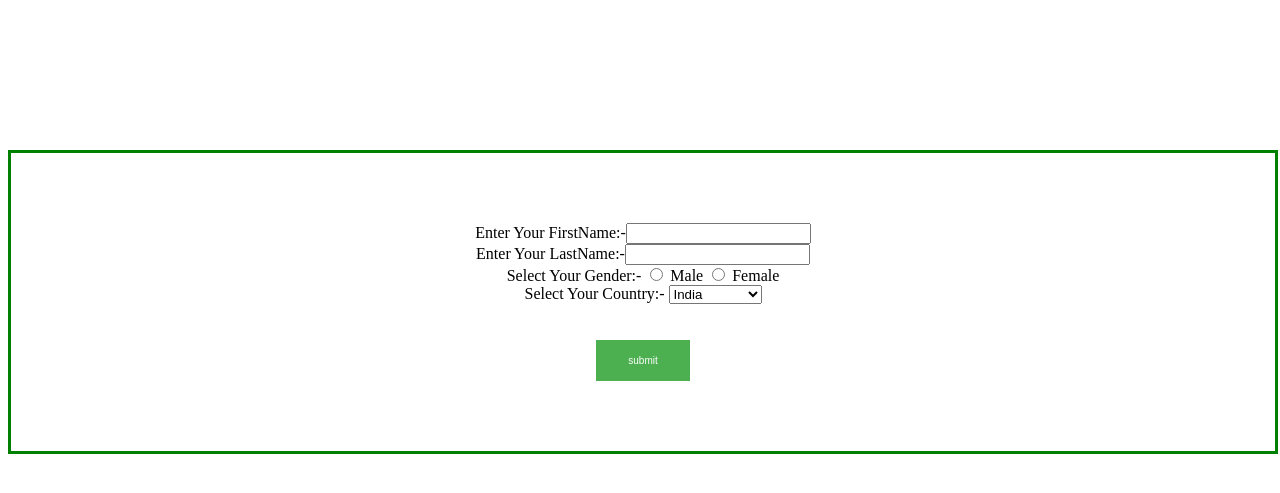
Repository: ErNitesh-d/java-program
Page: JAVA PROJECTS/ASSIGNMMENT_2/WebContent/index.html
An editor plug-in stored every save of this project. The page is shown before and after the next save, followed by the edit.
The browser window is 1280 px wide. The pictures show the whole page.

Above is the page before, as saved 2022-09-03 15:10:51.

After the next save:
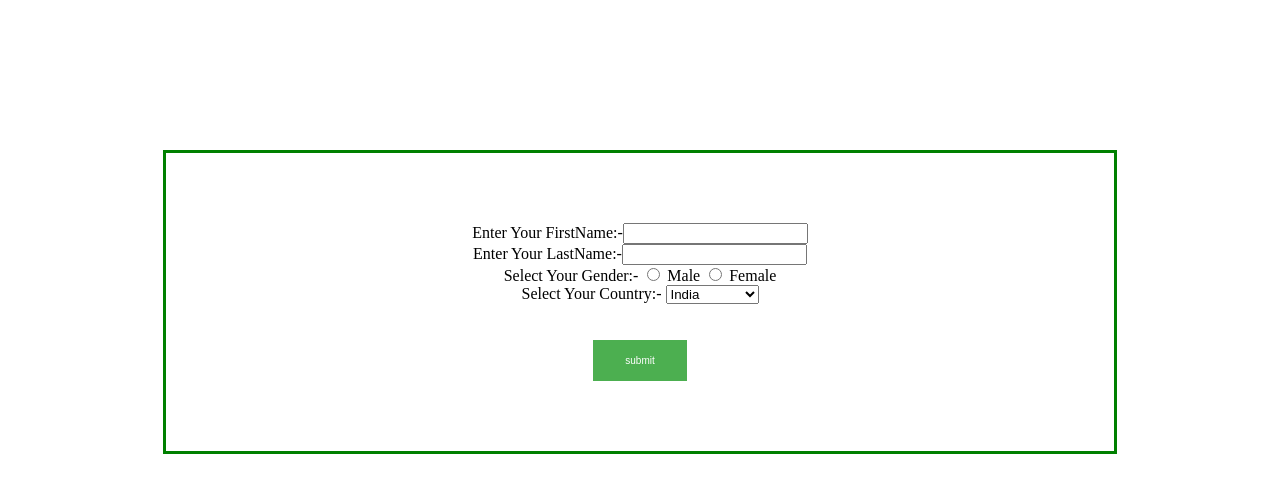
Saved 74 s later.
--- a/JAVA PROJECTS/ASSIGNMMENT_2/WebContent/index.html
+++ b/JAVA PROJECTS/ASSIGNMMENT_2/WebContent/index.html
@@ -3,7 +3,7 @@
 <html>
 <body>
 <div style=" margin: auto;
-width: 100%;
+width: 75%;
 text-align: center;
 padding: 70px 0;
 border: 3px solid green;
